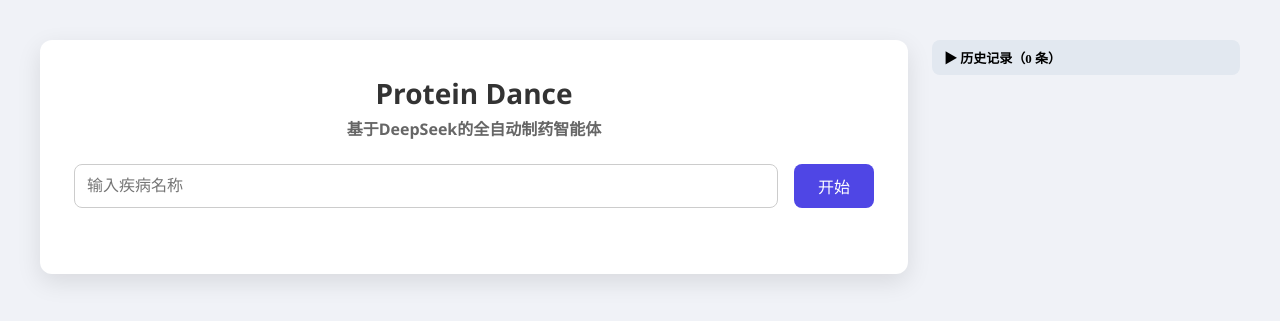
Repository: MarvinCui/proteindance
Page: / (app in autoui/)
An editor plug-in stored every save of this project. The page is shown before and after the next save, followed by the edit.
The browser window is 1280 px wide. The pictures show the whole page.
The project was rebuilt for these pictures with package versions that can differ from the ones it lists, and the page was loaded fresh each time. Also part of the build but not shown: autoui/vite.config.ts.

Above is the page before, as saved 2025-05-04 15:25:23.

### autoui/src/App.tsx
// src/App.tsx
import React, { useState,useEffect,useRef } from 'react'
import WorkflowStepper from './components/WorkflowStepper'
import StatusPanel from './components/StatusPanel'
import DecisionPanel from './components/DecisionPanel'
import LogPanel from './components/LogPanel'
import HistoryPanel from './components/HistoryPanel'
import * as api from './services/api'
import CompletedView from './components/CompletedView'     // 新完成页组件
import { downloadAllResults } from './services/api'        // 批量下载的后端端点
import { Viewer } from 'molstar-react'                     // 在线蛋白质模型查看器

// src/App.tsx

// 新增完成视图
interface CompletedData {
  disease: string
  target: string
  pocketImage?: string | null
  moleculeImage?: string | null
  dockingImage?: string | null
  resultFiles: { name: string; url: string }[]
  pdbUrl?: string | null
}

const CompletedView: React.FC<{ data: CompletedData }> = ({ data }) => {
  const viewerRef = useRef<HTMLDivElement>(null)
  const [viewerReady, setViewerReady] = useState(false)

  useEffect(() => {
    if (!data.pdbUrl || viewerReady) return
    // 动态加载 molstar
    const script = document.createElement('script')
    script.src = 'https://unpkg.com/molstar/build/viewer/molstar.js'
    script.onload = () => {
      // @ts-ignore
      const viewer = new window.MolStar.Plugin.Viewer(viewerRef.current, {
        layoutIsExpanded: false,
        layoutShowControls: false,
        layoutShowSequence: true,
        layoutShowLog: false
      })
      viewer.loadStructureFromUrl(data.pdbUrl)
      setViewerReady(true)
    }
    document.body.appendChild(script)
  }, [data.pdbUrl, viewerReady])

  return (
    <div style={{ maxWidth: 700, margin: '0 auto', padding: 32 }}>
      <h2 style={{ textAlign: 'center' }}>🎉 研发流程已完成</h2>
      <p style={{ marginTop: 16 }}>疾病: <strong>{data.disease}</strong></p>
      <p>最终选择靶点: <strong>{data.target}</strong></p>

      {data.pocketImage && (
        <>
          <h3>口袋预测</h3>
          <img src={`data:[embedded picture, 43 characters] style={{ width: '100%', borderRadius: 8 }} />
        </>
      )}

      {data.moleculeImage && (
        <>
          <h3>优化化合物</h3>
          <img src={`data:[embedded picture, 45 characters] style={{ width: '100%', borderRadius: 8 }} />
        </>
      )}

      {data.dockingImage && (
        <>
          <h3>对接结果</h3>
          <img src={`data:[embedded picture, 44 characters] style={{ width: '100%', borderRadius: 8 }} />
        </>
      )}

      {data.resultFiles.length > 0 && (
        <>
          <h3>下载结果文件</h3>
          <ul>
            {data.resultFiles.map(f => (
              <li key={f.url}><a href={f.url} download>{f.name}</a></li>
            ))}
          </ul>
        </>
      )}

      {data.pdbUrl && (
        <>
          <h3>在线查看蛋白质模型</h3>
          <div ref={viewerRef} style={{ height: 400, borderRadius: 8, overflow: 'hidden', background: '#f4f5f8' }} />
        </>
      )}
    </div>
  )}


interface LogEntry {
  step: number
  category: '状态' | '决策' | '日志'
  message: string
}

export default function App() {
  const [disease, setDisease] = useState('')
  const [step, setStep] = useState(0)
  const [logs, setLogs] = useState<LogEntry[]>([])
  const [decisionTarget, setDecisionTarget] = useState<any>(null)
  const [decisionPocket, setDecisionPocket] = useState<any>(null)
  const [decisionCompound, setDecisionCompound] = useState<any>(null)
  const [moleculeImage, setMoleculeImage] = useState<string | null>(null)
  const [dockingImage, setDockingImage] = useState<string | null>(null)

  const addLog = (
    logStep: number,
    category: LogEntry['category'],
    message: string
  ) => {
    setLogs(prev => [...prev, { step: logStep, category, message }])
  }

  const handleStart = async () => {
    setStep(0)
    setLogs([])
    setDecisionTarget(null)
    setDecisionPocket(null)
    setDecisionCompound(null)
    setMoleculeImage(null)
    setDockingImage(null)

    try {
      // STEP 1: 靶点识别
      setStep(1)
      addLog(1, '状态', `调用 DeepSeek 获取潜在蛋白靶点：${disease}`)
      const tRes = await api.getDiseaseTargets(disease)
      addLog(1, '日志', JSON.stringify(tRes))
      if (!tRes.success) throw new Error(tRes.error)
      addLog(1, '状态', `DeepSeek 返回：${tRes.targets.join('、')}`)

      // STEP 2: AI 决策 选靶点
      addLog(2, '状态', 'AI 正在选择最佳靶点…')
      const td = await api.aiDecision({
        options: tRes.targets,
        context: `为疾病「${disease}」选择最合适的药物靶点。`,
        question: '哪个蛋白靶点最适合作为药物开发目标？'
      })
      addLog(2, '日志', JSON.stringify(td))
      if (!td.success) throw new Error(td.error)
      setDecisionTarget(td)
      addLog(2, '决策', `选择: ${td.selected_option} 理由: ${td.explanation}`)

      // STEP 3: UniProt 检索
      setStep(2)
      addLog(2, '状态', `查询 UniProt 条目：${td.selected_option}`)
      const uRes = await api.getUniprotEntries(td.selected_option)
      addLog(2, '日志', JSON.stringify(uRes))
      if (!uRes.success) throw new Error(uRes.error)
      addLog(2, '状态', `UniProt 返回：${uRes.entries.map(e => e.acc).join('、')}`)

      // STEP 4: 结构获取
      setStep(3)
      if (!uRes.entries || uRes.entries.length === 0) {
        addLog(3, '状态', '错误：未找到任何 UniProt 条目，请确认基因符号是否正确')
        return
      }
      const acc = uRes.entries[0].acc
      addLog(3, '状态', `获取 UniProt Accession：${acc}`)
      const sRes = await api.getStructureSources(acc)
      addLog(3, '日志', JSON.stringify(sRes))
      if (!sRes.success) throw new Error(sRes.error)
      const modelPath = (sRes as any).structure_path ?? (sRes as any).pdb_ids[0]
      addLog(3, '状态', `结构文件路径：${modelPath}`)

      // STEP 5: 口袋预测
      setStep(4)
      addLog(4, '状态', `预测结合口袋：${modelPath}`)
      const pRes = await api.predictPockets(modelPath)
      addLog(4, '日志', JSON.stringify(pRes))
      if (!pRes.success) throw new Error(pRes.error)
      addLog(4, '状态', `检测到 ${pRes.pockets.length} 个候选口袋`)

      // AI 决策 选口袋
      addLog(5, '状态', 'AI 正在选择最佳口袋…')
      const pocketOpts = pRes.pockets.map((p, i) => `#${i + 1} score=${p.score.toFixed(2)}`)
      const pd = await api.aiDecision({
        options: pocketOpts,
        context: `为蛋白 ${td.selected_option} 选择最佳结合口袋。`,
        question: '哪个口袋最优？'
      })
      addLog(5, '日志', JSON.stringify(pd))
      if (!pd.success) throw new Error(pd.error)
      setDecisionPocket(pd)
      addLog(5, '决策', `选择: ${pd.selected_option} 理由: ${pd.explanation}`)

      // STEP 6: 配体获取
      setStep(5)
      addLog(5, '状态', `获取候选配体：${acc}`)
      const lRes = await api.getLigands(acc)
      addLog(5, '日志', JSON.stringify(lRes))
      if (!lRes.success) throw new Error(lRes.error)
      const allSmiles = [...(lRes.custom_smiles || []), ...(lRes.chembl_smiles || [])]
      addLog(5, '状态', `共获取 ${allSmiles.length} 条 SMILES`)

      // STEP 7: 化合物优化
      setStep(6)
      addLog(6, '状态', 'AI 正在优化化合物…')
      const cd = await api.selectCompound({
        smiles_list: allSmiles,
        disease,
        protein: td.selected_option,
        pocket_center: pRes.pockets[pocketOpts.indexOf(pd.selected_option)].center
      })
      addLog(6, '日志', JSON.stringify(cd))
      if (!cd.success) throw new Error(cd.error)
      setDecisionCompound(cd)
      addLog(6, '决策', `优化后: ${cd.optimized_smiles} 理由: ${cd.explanation}`)

      // STEP 8: 分子图像
      setStep(7)
      addLog(7, '状态', '生成分子结构图…')
      const mi = await api.generateMoleculeImage(cd.optimized_smiles)
      addLog(7, '日志', JSON.stringify(mi))
      if (mi.success) setMoleculeImage(mi.image_data)

      // STEP 9: 对接可视化
      setStep(8)
      addLog(8, '状态', '生成蛋白-配体对接图…')
      const di = await api.generateDockingImage(
        modelPath,
        cd.optimized_smiles,
        pRes.pockets[pocketOpts.indexOf(pd.selected_option)].center
      )
      addLog(8, '日志', JSON.stringify(di))
      if (di.success) setDockingImage(di.image_data)

      // STEP 10: 完成
      setStep(10)
      addLog(10, '状态', '流程全部完成！')
    } catch (err: any) {
      addLog(step || 1, '状态', `🚨 出错：${err.message}`)
    }
  }

  const active = step > 0 && step < 10

  return (
    <>
      <style>{`
        body {
          margin: 0; padding: 0;
          background: #f0f2f7;
        }
        .wrapper {
          display: flex; justify-content: center;
          align-items: flex-start; padding: 40px; gap: 24px;
        }
        .app {
          position: relative;
          width: 100%; max-width: 800px;
          background: #fff; border-radius: 12px;
          box-shadow: 0 8px 24px rgba(0,0,0,0.1);
          padding: 32px; font-family: 'Segoe UI', sans-serif;
          border: 2px solid transparent;
          overflow: hidden; z-index: 1;
        }
        .app.active {
          animation: borderBreathe 2.5s ease-in-out infinite;
        }
        @keyframes borderBreathe {
          0%,100% {
            border-color: rgba(79,70,229,0.4);
            box-shadow: 0 0 0 0 rgba(79,70,229,0.4);
          }
          50% {
            border-color: rgba(79,70,229,1);
            box-shadow: 0 0 20px 6px rgba(79,70,229,0.3);
          }
        }

        /* 标题区域＋logo */
        .title-row {
            display: flex;
            flex-direction: column;
            align-items: center;
            margin-bottom: 24px;
        }

        .title-row h3 {
          margin: 4px 0 0;
          font-size: 16px;
          color: #666;
        }

        .logo-placeholder {
          width: 40px; height: 40px;
          background: #ccc; border-radius: 8px;
          margin-right: 12px;
          animation: pulseLogo 2s ease-in-out infinite;
        }
        @keyframes pulseLogo {
          0%,100% { opacity: 0.6; }
          50% { opacity: 1; }
        }
        h1 {
          margin: 0; font-size: 28px; color: #333;
          transition: color 0.3s;
        }

        /* 输入框 / 按钮 动画 */
        .input {
          display: flex; gap: 16px;
          justify-content: center; margin-bottom: 32px;
        }
        .input input {
          flex: 1; padding: 12px; font-size: 16px;
          border: 1px solid #ccc; border-radius: 8px;
          transition: border-color 0.3s, box-shadow 0.3s;
        }
        .input input:focus {
          border-color: #4f46e5;
          box-shadow: 0 0 0 3px rgba(79,70,229,0.2);
          outline: none;
        }
        .input button {
          background: #4f46e5; color: #fff; border: none;
          padding: 0 24px; border-radius: 8px; font-size: 16px;
          cursor: pointer;
          transition: transform 0.2s, box-shadow 0.2s;
        }
        .input button:hover {
          transform: translateY(-2px);
          box-shadow: 0 6px 12px rgba(0,0,0,0.1);
        }
        .input button:active {
          transform: translateY(0) scale(0.97);
        }
      `}</style>

      <div className="wrapper">
        <div className={`app${active ? ' active' : ''}`}>
          <div className="title-row">
            {/* <div className="logo-placeholder" /> */}
            <h1>Protein Dance</h1>
            <h3>基于DeepSeek的全自动制药智能体</h3>
          </div>

          {step === 0 ? (
            <div className="input">
              <input
                value={disease}
                placeholder="输入疾病名称"
                onChange={e => setDisease(e.target.value)}
              />
              <button onClick={handleStart}>开始</button>
            </div>
          ) : (
            <>
              <WorkflowStepper
                currentStep={step}
                stepLabels={[
                  '靶点识别','UniProt检索','结构获取','口袋预测',
                  '配体获取','化合物优化','分子图像','对接可视化','结果保存','完成'
                ]}
              />

              <StatusPanel logs={logs.filter(l => l.category === '状态' && l.step === step)} />
              <DecisionPanel logs={logs.filter(l => l.category === '决策')} />
              <LogPanel logs={logs.filter(l => l.category === '日志' && l.step === step)} />

              {moleculeImage && (
                <img
                  src={`data:[embedded picture, 40 characters]
                  style={{ width:'100%', borderRadius:8, margin:'24px 0' }}
                />
              )}
              {dockingImage && (
                <img
                  src={`data:[embedded picture, 39 characters]
                  style={{ width:'100%', borderRadius:8, margin:'24px 0' }}
                />
              )}
            </>
          )}
        </div>

        <HistoryPanel logs={logs} />
      </div>
    </>
  )
}

### autoui/src/components/HistoryPanel.tsx
import React, { useState } from 'react'

interface Entry {
  step: number
  category: string
  message: string
}
interface Props {
  logs: Entry[]
}

export default function HistoryPanel({ logs }: Props) {
  const [open, setOpen] = useState(false)
  return (
    <>
      <style>{`
        .history { width:330px; font-size:13px; }
        .header  { font-weight:600; background:#e2e8f0;
                   padding:8px 12px; border-radius:8px; cursor:pointer;
                   user-select:none; }
        .body    { max-height:600px; overflow-y:auto; margin-top:8px;
                   background:#fff; border-radius:8px;
                   box-shadow:0 2px 8px rgba(0,0,0,0.05); }
        .item    { padding:6px 12px; border-bottom:1px solid #f0f0f0;
                   color:#475569; }
      `}</style>
      <div className="history">
        <div className="header" onClick={() => setOpen(!open)}>
          {open ? '▼' : '▶'} 历史记录（{logs.length} 条）
        </div>
        {open && (
          <div className="body">
            {logs.map((l, i) => (
              <div key={i} className="item">
                步骤{l.step} [{l.category}]<br/>
                {l.message}
              </div>
            ))}
          </div>
        )}
      </div>
    </>
  )
}

### autoui/src/services/api.ts
// src/services/api.ts
export interface ApiResponse<T> {
    success: boolean;
    error?: string;
    [key: string]: any;
  }

  const API_BASE = 'http://localhost:5000/api';

  async function postJson<T>(path: string, body: any): Promise<ApiResponse<T>> {
    const res = await fetch(`${API_BASE}${path}`, {
      method: 'POST',
      headers: { 'Content-Type': 'application/json' },
      body: JSON.stringify(body),
    });
    if (!res.ok) {
      const text = await res.text();
      throw new Error(`HTTP ${res.status}: ${text}`);
    }
    return res.json();
  }

  export async function getDiseaseTargets(disease: string) {
    return postJson<string[]>('/disease-targets', { disease });
  }

  export async function getUniprotEntries(gene_symbol: string) {
    return postJson<{ acc: string; name: string }[]>('/uniprot-entries', { gene_symbol });
  }

  export async function getStructureSources(uniprot_acc: string) {
    return postJson<{ alphafold_available: boolean; pdb_ids: string[] }>('/structure-sources', { uniprot_acc });
  }

  export async function predictPockets(structure_path: string) {
    return postJson<{ pockets: { center: [number, number, number]; score: number }[] }>('/predict-pockets', { structure_path });
  }

  export async function getLigands(uniprot_acc?: string, custom_smiles?: string[]) {
    return postJson<{ chembl_smiles?: string[]; custom_smiles?: string[] }>('/get-ligands', { uniprot_acc, custom_smiles });
  }

  export async function aiDecision(params: { options: string[]; context?: string; question: string }) {
    return postJson<{ selected_option: string; explanation: string }>('/ai-decision', params);
  }

  export async function selectCompound(params: {
    smiles_list: string[];
    disease: string;
    protein: string;
    pocket_center?: [number, number, number];
  }) {
    return postJson<{ selected_smiles: string; optimized_smiles: string; explanation: string }>('/select-compound', params);
  }

  export async function generateMoleculeImage(smiles: string) {
    return postJson<{ image_data: string }>('/molecule-image', { smiles });
  }

  export async function generateDockingImage(
    protein_path: string,
    ligand_smiles: string,
    pocket_center: [number, number, number]
  ) {
    return postJson<{ image_data: string }>('/docking-image', { protein_path, ligand_smiles, pocket_center });
  }

  export async function completeWorkflow(disease: string, selected_targets?: string[]) {
    return postJson<any>('/complete-workflow', { disease, selected_targets });
  }

  export async function getDecisionExplanations() {
    const res = await fetch(`${API_BASE}/decision-explanations`);
    if (!res.ok) {
      const text = await res.text();
      throw new Error(`HTTP ${res.status}: ${text}`);
    }
    return res.json();
  }

### autoui/src/components/WorkflowStepper.tsx
import React from 'react'
import { motion } from 'framer-motion'

interface Props {
  currentStep: number
}

const stepLabels = [
  '靶点识别','UniProt检索','结构获取','口袋预测',
  '配体获取','化合物优化','分子图像','对接可视化','结果保存','完成'
]

const containerVariants = {
  hidden: {},
  visible: {
    transition: {
      staggerChildren: 0.05
    }
  }
}

const circleVariants = {
  inactive: { scale: 0.8, backgroundColor: '#dde1e7' },
  active: { scale: 1.2, backgroundColor: '#4f46e5' }
}

const labelVariants = {
  inactive: { opacity: 0.4 },
  active: { opacity: 1 }
}

export default function WorkflowStepper({ currentStep }: Props) {
  return (
    <motion.ul
      className="stepper"
      variants={containerVariants}
      initial="hidden"
      animate="visible"
      style={{
        display:'flex', justifyContent:'space-between',
        listStyle:'none', padding:0, marginBottom:32
      }}
    >
      {stepLabels.map((label, idx) => {
        const stepNum = idx + 1
        const isActive = stepNum === currentStep
        const isDone = stepNum < currentStep

        return (
          <motion.li
            key={label}
            style={{ textAlign:'center', flex:1 }}
          >
            <motion.div
              variants={circleVariants}
              animate={isActive || isDone ? 'active' : 'inactive'}
              transition={{ type:'spring', stiffness:300 }}
              style={{
                width:32, height:32, borderRadius:16,
                margin:'0 auto', marginBottom:8
              }}
            />
            <motion.div
              variants={labelVariants}
              animate={isActive || isDone ? 'active' : 'inactive'}
              transition={{ duration:0.3 }}
              style={{ fontSize:12, color:'#333' }}
            >
              {label}
            </motion.div>
            {/* 步骤连线 */}
            {idx < stepLabels.length - 1 && (
              <motion.div
                style={{
                  position:'absolute', top:16, right:`calc(100% - 16px)`,
                  width:'100%', height:2,
                  background: stepNum < currentStep ? '#4f46e5' : '#dde1e7',
                  zIndex:-1
                }}
                initial={false}
                animate={{
                  background: stepNum < currentStep ? '#4f46e5' : '#dde1e7'
                }}
              />
            )}
          </motion.li>
        )
      })}
    </motion.ul>
  )
}

### autoui/src/components/StatusPanel.tsx
import React from 'react'

interface Entry {
  step: number
  category: string
  message: string
}
interface Props {
  logs: Entry[]
}

export default function StatusPanel({ logs }: Props) {
  return (
    <>
      <style>{`
        .panel { background:#f8fafc; border-radius:10px;
                 box-shadow:0 2px 8px rgba(0,0,0,0.05);
                 padding:16px; margin-bottom:16px; }
        .title { font-weight:600; color:#4f46e5; margin-bottom:8px; }
        .item  { font-size:14px; color:#334155; margin-bottom:4px; }
      `}</style>
      <div className="panel">
        <div className="title">状态信息（步骤 {logs[0]?.step || '-'}）</div>
        {logs.length === 0
          ? <div className="item">— 暂无当前步骤状态</div>
          : logs.map((l, i) => (
              <div key={i} className="item">— {l.message}</div>
            ))
        }
      </div>
    </>
  )
}

### autoui/src/components/DecisionPanel.tsx
import React from 'react'

interface Entry {
  step: number
  category: string
  message: string
}
interface Props {
  logs: Entry[]
}

export default function DecisionPanel({ logs }: Props) {
  return (
    <>
      <style>{`
        .panel { background:#fff7ed; border-radius:10px;
                 box-shadow:0 2px 8px rgba(0,0,0,0.05);
                 padding:16px; margin-bottom:16px; border-left:4px solid #f59e0b; }
        .title { font-weight:600; color:#b45309; margin-bottom:8px; }
        .item  { font-size:14px; color:#92400e; margin-bottom:4px; }
      `}</style>
      <div className="panel">
        <div className="title">AI 决策（步骤 {logs[0]?.step || '-'}）</div>
        {logs.length === 0
          ? <div className="item">— 暂无决策</div>
          : logs.map((l, i) => (
              <div key={i} className="item">{l.message}</div>
            ))
        }
      </div>
    </>
  )
}

### autoui/src/components/LogPanel.tsx
import React from 'react'

interface Entry {
  step: number
  category: string
  message: string
}
interface Props {
  logs: Entry[]
}

export default function LogPanel({ logs }: Props) {
  return (
    <>
      <style>{`
        .panel { background:#f1f5f9; border-radius:10px;
                 box-shadow:0 2px 8px rgba(0,0,0,0.05);
                 padding:16px; margin-bottom:16px;
                 max-height:200px; overflow-y:auto; }
        .title { font-weight:600; color:#1e293b; margin-bottom:8px; }
        .entry { font-family:monospace; font-size:12px;
                 color:#475569; margin-bottom:4px; white-space:pre-wrap; }
      `}</style>
      <div className="panel">
        <div className="title">原始日志（步骤 {logs[0]?.step || '-'}）</div>
        {logs.length === 0
          ? <div className="entry">— 暂无日志</div>
          : logs.map((l, i) => (
              <div key={i} className="entry">{l.message}</div>
            ))
        }
      </div>
    </>
  )
}

Loaded but not shown: autoui/index.html (common file); autoui/src/main.tsx (common file); autoui/src/index.css (no stored copy; drawn as an empty file)

After the next save:
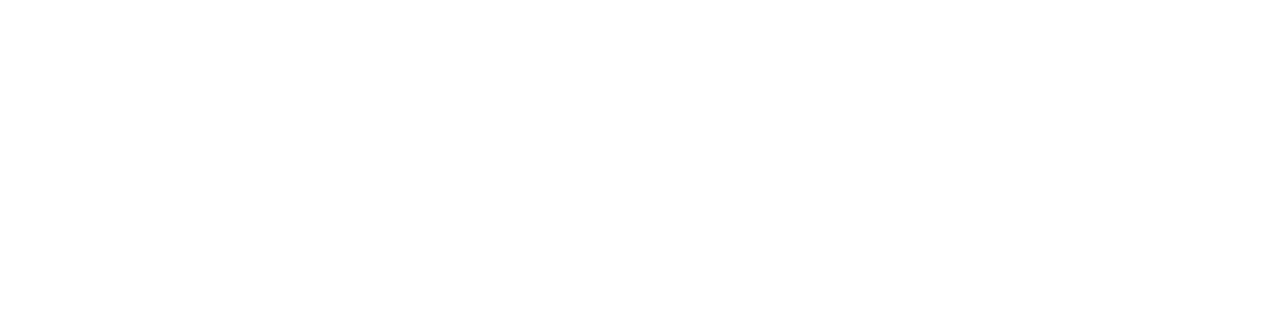
Console error: TypeError: Cannot read properties of null (reading 'useState')
Saved 24 s later.
--- a/autoui/src/App.tsx
+++ b/autoui/src/App.tsx
@@ -11,6 +11,10 @@
 import { Viewer } from 'molstar-react'                     // 在线蛋白质模型查看器
 
 // src/App.tsx
+
+const [workflowComplete, setWorkflowComplete] = useState(false)
+const [completedData, setCompletedData] = useState<CompletedData | null>(null)
+
 
 // 新增完成视图
 interface CompletedData {

After the save that followed:
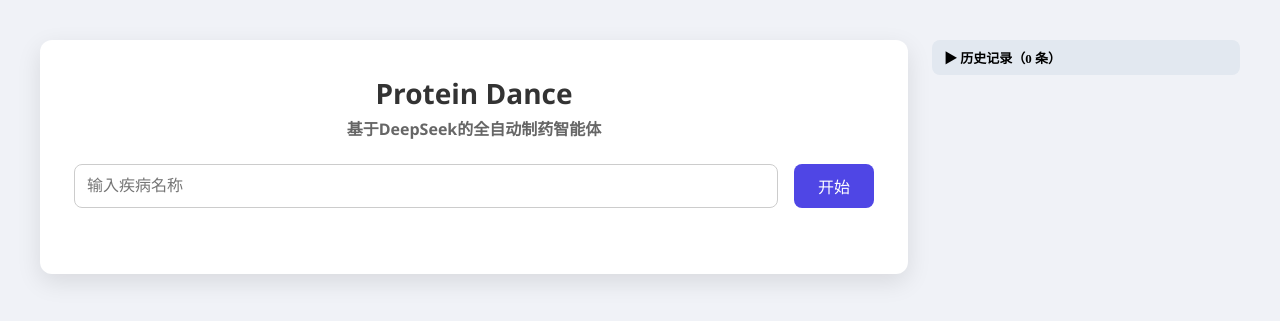
The error is gone.
Saved 43 s later.
--- a/autoui/src/App.tsx
+++ b/autoui/src/App.tsx
@@ -11,9 +11,6 @@
 import { Viewer } from 'molstar-react'                     // 在线蛋白质模型查看器
 
 // src/App.tsx
-
-const [workflowComplete, setWorkflowComplete] = useState(false)
-const [completedData, setCompletedData] = useState<CompletedData | null>(null)
 
 
 // 新增完成视图
